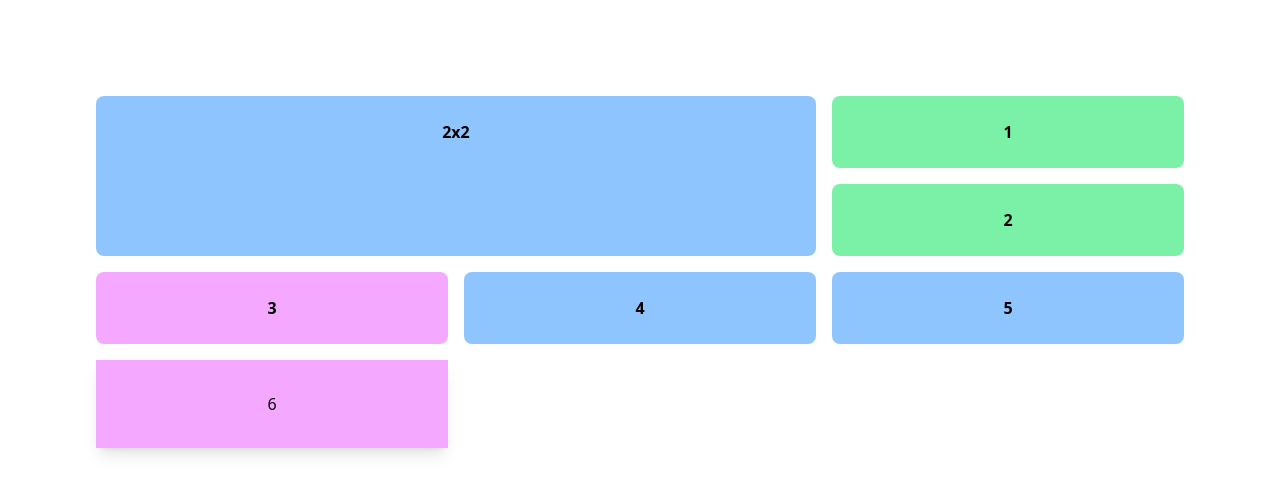
Repository: Abdulahi338/TailwindCss-exercise
Page: Exercise3/index.html
These files come from the project's save history. The page is drawn as it stood at one moment and after the next save; the edit follows.
The browser window is 1280 px wide. The pictures show the whole page.

Above is the page before, as saved 2025-08-12 17:50:53.

After the next save:
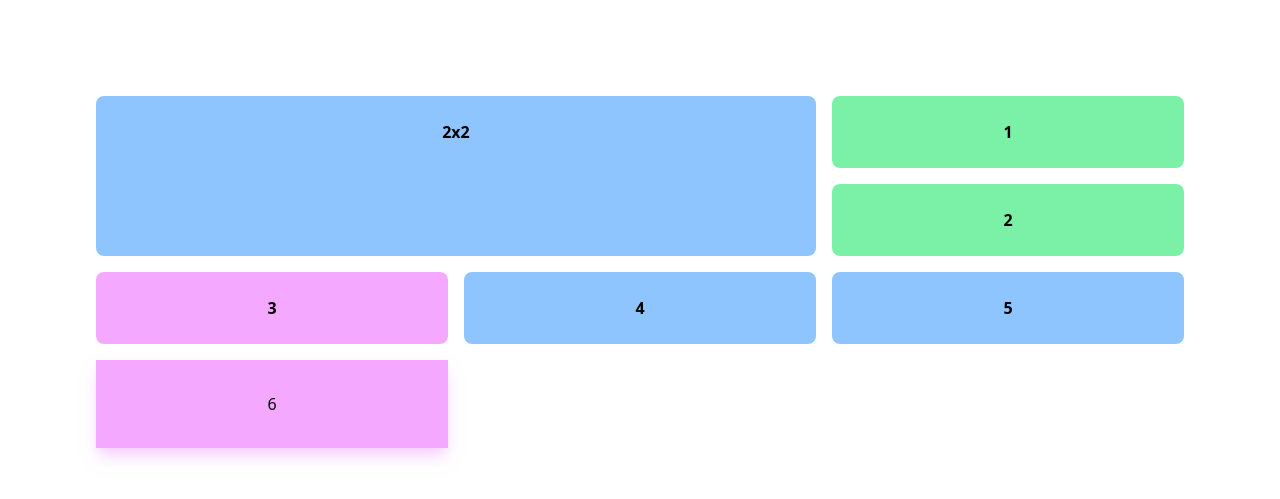
Saved 31 s later.
--- a/Exercise3/index.html
+++ b/Exercise3/index.html
@@ -16,7 +16,7 @@
         <div class="bg-fuchsia-300 p-6 font-bold rounded-lg"">3</div>
         <div class="bg-blue-300 p-6 font-bold rounded-lg"">4</div>
         <div class="bg-blue-300 p-6 font-bold rounded-lg"">5</div>
-        <div class="bg-fuchsia-300 p-8 font-med shadow-lg shadow-fachsia-200">6</div>
+        <div class="bg-fuchsia-300 p-8 font-med shadow-lg shadow-fuchsia-200">6</div>
 
     </div>
 
